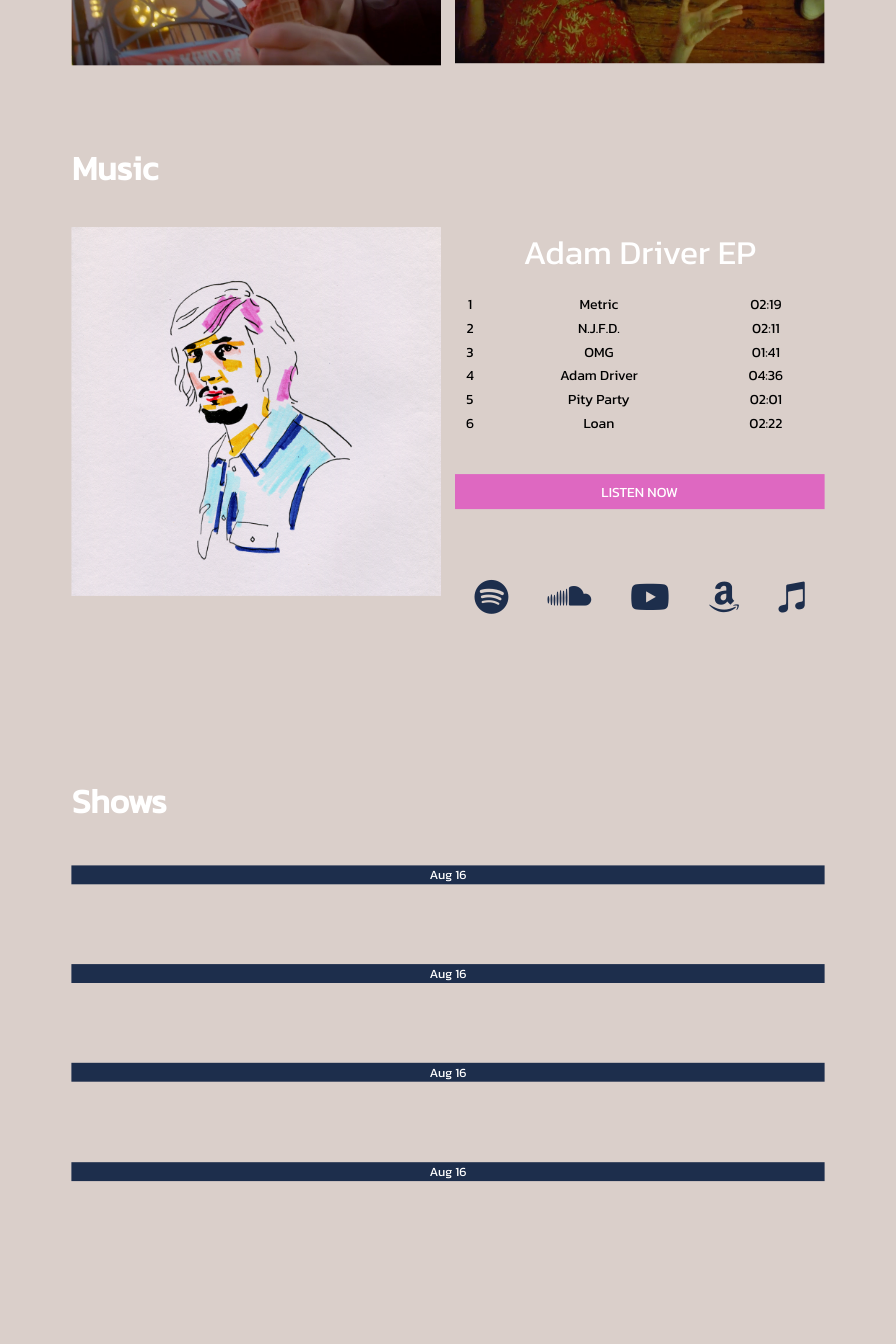
Repository: KrystellBarraza/SipperNYC
Page: index.html
These files come from the project's save history. The page is drawn as it stood at one moment and after the next save; the edit follows.
The browser window is 1280 px wide. The pictures show the part of the page from y = 1455 to 3375 px (the page is 3375 px tall), at 70% of full size.
Some web libraries are served in a nearby version.

Above is the page before, as saved 2019-08-26 15:38:01.

After the next save:
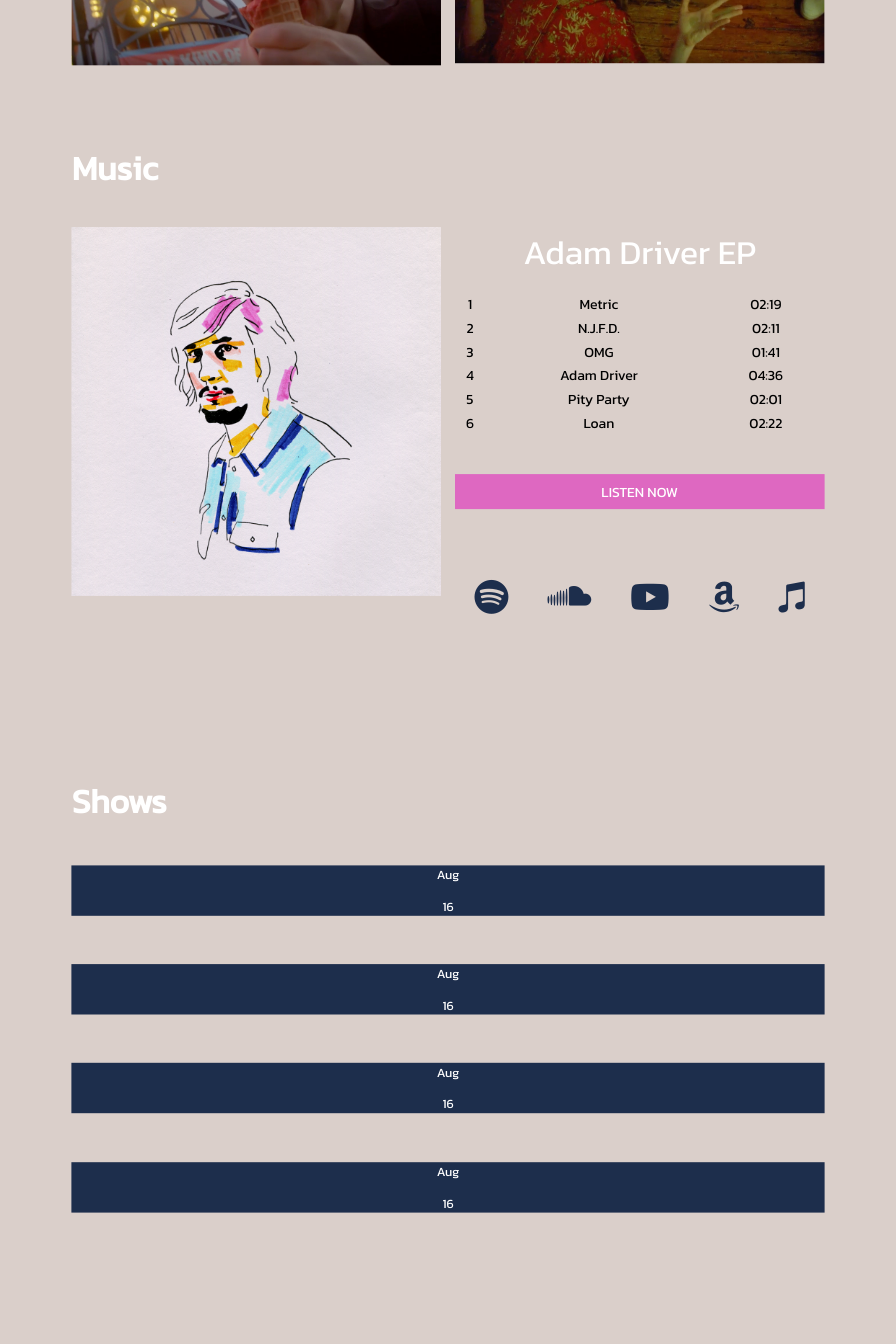
Saved 77 s later.
--- a/index.html
+++ b/index.html
@@ -195,7 +195,8 @@
             <div class="shows-m">
                 <div class="dates-container">
                     <div class="date">
-                        <p>Aug 16</p>
+                        <p>Aug</p>
+                        <p>16</p>
                     </div>
                 </div>
             </div>
@@ -204,7 +205,8 @@
             <div class="shows-n">
                 <div class="dates-container">
                     <div class="date">
-                        <p>Aug 16</p>
+                        <p>Aug</p>
+                        <p>16</p>
                     </div>
                 </div>
             </div>
@@ -213,7 +215,8 @@
             <div class="shows-o">
                 <div class="dates-container">
                     <div class="date">
-                        <p>Aug 16</p>
+                        <p>Aug</p>
+                        <p>16</p>
                     </div>
                 </div>
             </div>
@@ -222,7 +225,8 @@
             <div class="shows-p">
                 <div class="dates-container">
                     <div class="date">
-                        <p>Aug 16</p>
+                        <p>Aug</p>
+                        <p>16</p>
                     </div>
                 </div>
             </div>
